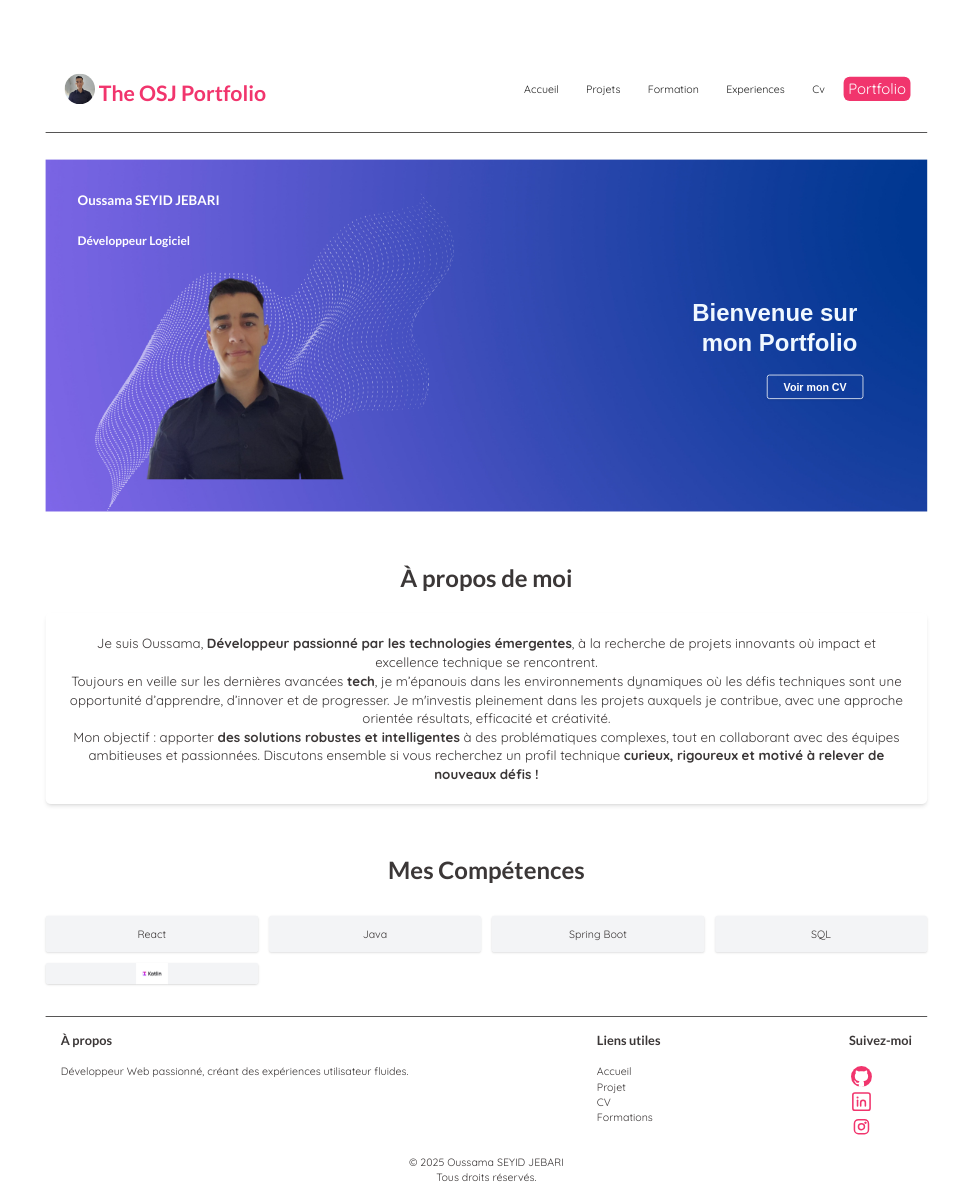
Repository: OussamSJ/Portfolio
Page: /
The author's editor kept a copy of each file at every save. The page is drawn from the files as they stood at one save, then again after the next save.
The browser window is 1280 px wide. The pictures show the whole page, at 76% of full size.
The project was rebuilt for these pictures with package versions that can differ from the ones it lists, and the page was loaded fresh each time. Also part of the build but not shown: src/BlogList.js, src/Cv.js, src/Expcomponent.js, src/Experiences.js, src/FormationComponent.js, src/Formation.js, src/projets/ProjetComponent.js, src/projets/Projet.js and 3 more.

Above is the page before, as saved 2025-07-23 13:00:19.

After the next save:
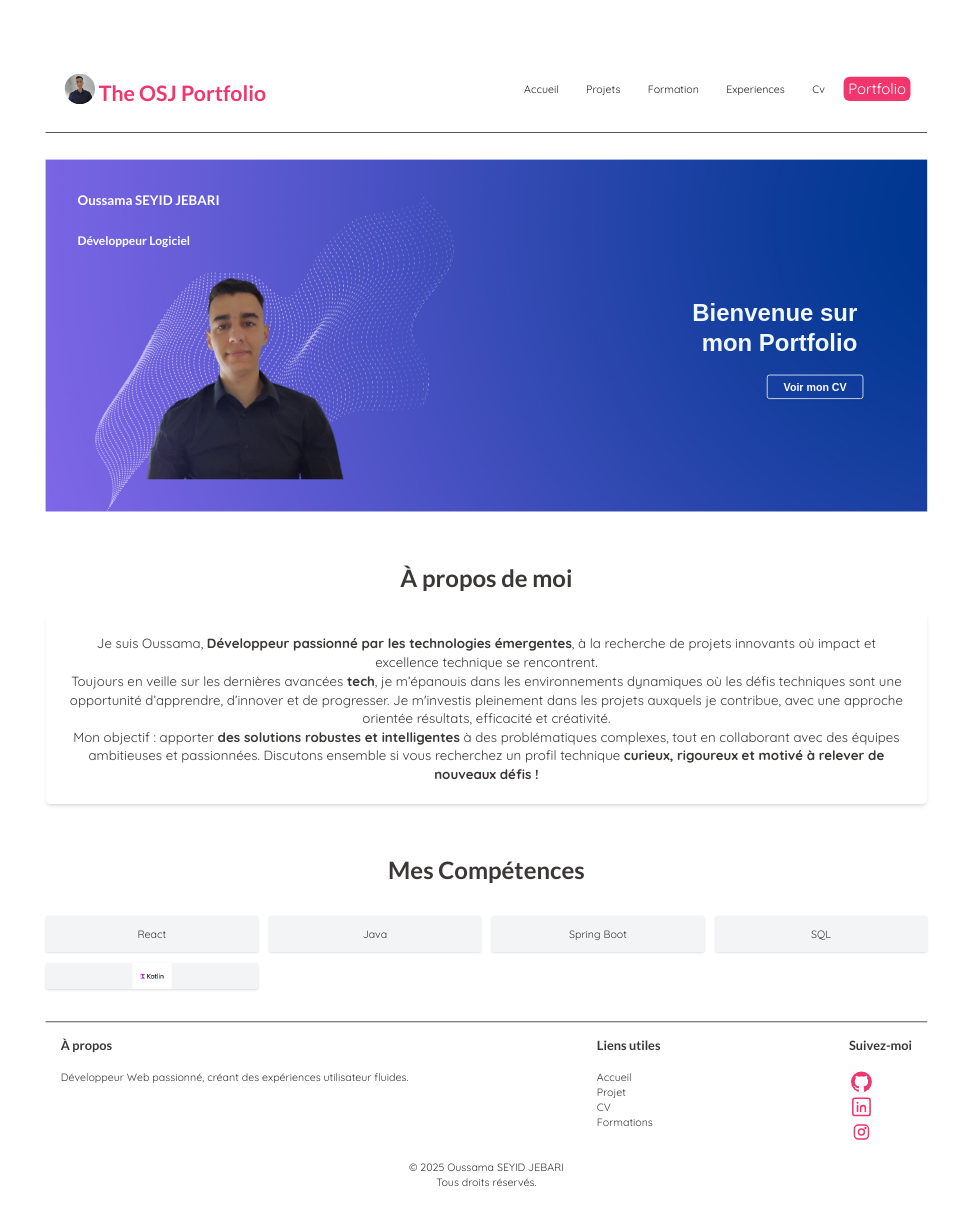
Saved 5 s later.
--- a/src/Home.js
+++ b/src/Home.js
@@ -69,7 +69,7 @@
           <div className="p-4 bg-gray-100 rounded shadow">Spring Boot</div>
           <div className="p-4 bg-gray-100 rounded shadow">SQL</div>
           <div
-            className="p-4 bg-gray-100 rounded shadow bg-no-repeat bg-center bg-contain h-8 flex items-end justify-center text-sm font-semibold"
+            className="p-4 bg-gray-100 rounded shadow bg-no-repeat bg-center bg-contain h-10 flex items-end justify-center text-sm font-semibold"
             style={{ backgroundImage: "url('kotlin.png')" }}
           >
 
